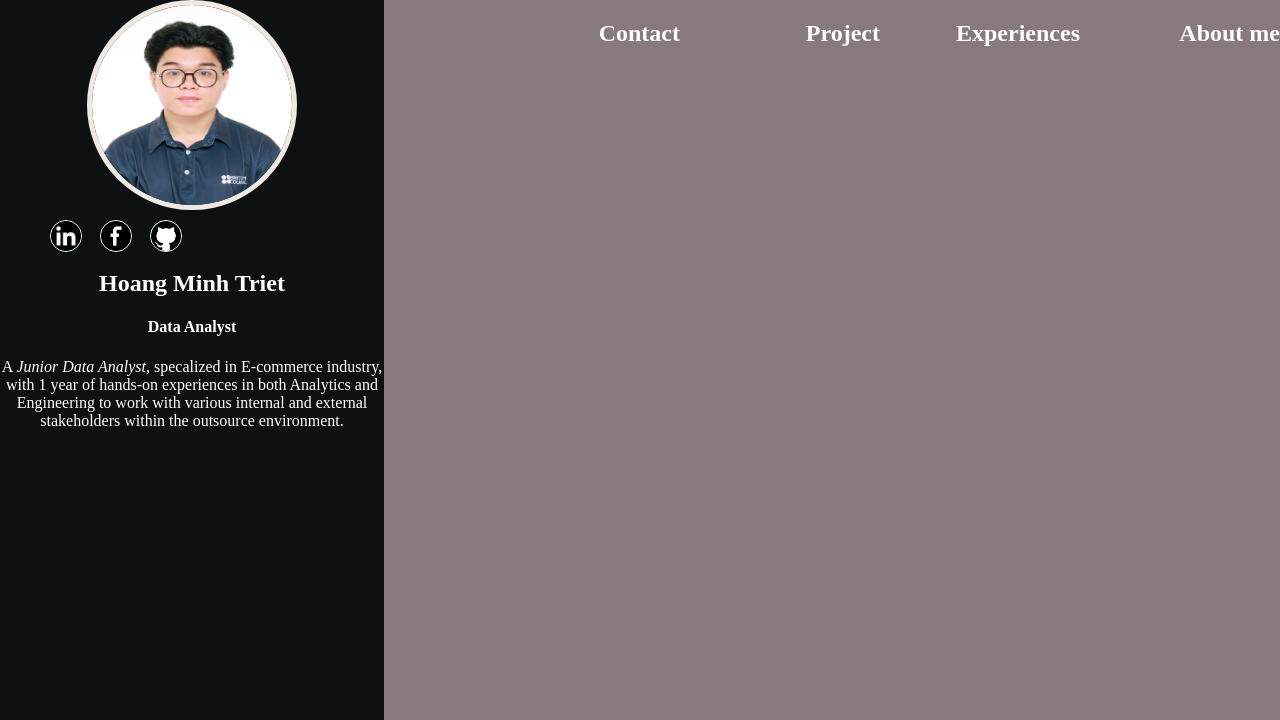
Repository: MinnTrit/personal_website
Page: http://localhost/
These files come from the project's save history. The page is drawn as it stood at one moment and after the next save; the edit follows.
The browser window is 1280 px wide. The pictures show the whole page.
The page is served by the project's application, run on Flask 3 (app.py).

Above is the page before, as saved 2025-01-28 23:44:09.

### templates/index.html
<!DOCTYPE html>
<html lang="en">
<head>
    <meta charset="UTF-8">
    <meta name="viewport" content="width=device-width, initial-scale=1.0">
    <link rel="stylesheet" href="{{ url_for('static', filename='css/styles.css') }}">
    <title>Data Engineer - Hoang Minh Triet</title>
</head>
<body>
    <div class="sections">
        <section class="aboutMe">
            <h2>About me</h2>
        </section>
        <section class="experiences">
            <h2>Experiences</h2>
        </section>
        <section class="projects">
            <h2>Project</h2>
        </section>
        <section class="contact">
            <h2>Contact</h2>
        </section>
    </div>
    <div class="picture">
        <img src="{{ url_for('static', filename='imgs/personal_image.jpg') }}" alt="personalImage">
        <div class="pictureText">
            <h2>Hoang Minh Triet</h2>
            <h4>Data Analyst</h4>
            <p>A <em>Junior Data Analyst</em>, specalized in E-commerce industry, with 1 year of hands-on experiences in both Analytics and Engineering to work with various internal and external stakeholders within the outsource environment.</p>
        </div>
        <div class="information">
            <a href="https://www.facebook.com/minhtriet05042003/" target="_blank">
                <img class="facebook" src="{{ url_for('static', filename='imgs/facebook.jpg') }}" alt="facebook">
            </a>
            <a href="https://www.linkedin.com/in/minchit0504/" target="_blank">
                <img class="linkedin" src="{{ url_for('static', filename='imgs/linkedin-logo.png') }}" alt="linkedin">
            </a>
            <a href="https://www.linkedin.com/in/minchit0504/" target="_blank">
                <img class="github" src="{{ url_for('static', filename='imgs/github.png') }}" alt="github">
            </a>
        </div>
    </div>
</body>
</html>

### app.py
from flask import Flask, request, render_template
app = Flask(__name__)
app.debug=True
#Initialize common variables
@app.route('/', methods=['GET', 'POST'])
def index():
    if request.method == 'GET':
        return render_template('index.html')

if __name__ == '__main__':
    app.run(host='0.0.0.0', port=5002, debug=True)

### static/css/styles.css
html, body {
    height: 100%;
    margin: 0;
    color: white;
}

.picture {
    background-color:#0e1111;
    width: 30%;
    height: 100%;
}

.picture img {
    display: block;
    width: 200px;
    height: 200px;
    margin-left: auto;
    margin-right: auto;
    border-radius: 50%;
    border: 5px solid;
    border-color:#efe9e2;
}

.picture .pictureText {
    margin-top: 60px;
    text-align: center;
}

.sections {
    position: absolute;
    top: 0;
    right: 0;
    background-color:#887a7a;
    width: 70%;
    height: 100%;
}

.aboutMe {
    position: absolute;
    right: 0px;
}

.experiences {
    position: absolute;
    right: 200px;
}

.projects {
    position: absolute;
    right: 400px;
}

.contact {
    position: absolute;
    right: 600px;
}

/* Locate the div information*/
.information {
    margin-right: auto;
    margin-left: auto;
}

.information .facebook {
    position: absolute;
    border-radius: 60%;
    width: 30px;
    height: 30px;
    top: 220px;
    left: 100px;
    border: 1px solid;
    border-color: white;
}

.information .linkedin {
    position: absolute;
    border-radius: 60%;
    width: 30px;
    height: 30px;
    top: 220px;
    left: 50px;
    border: 1px solid;
    border-color: white;
}

.information .github {
    position: absolute;
    border-radius: 60%;
    width: 30px;
    height: 30px;
    top: 220px;
    left: 150px;
    border: 1px solid;
    border-color: white;
}

After the next save:
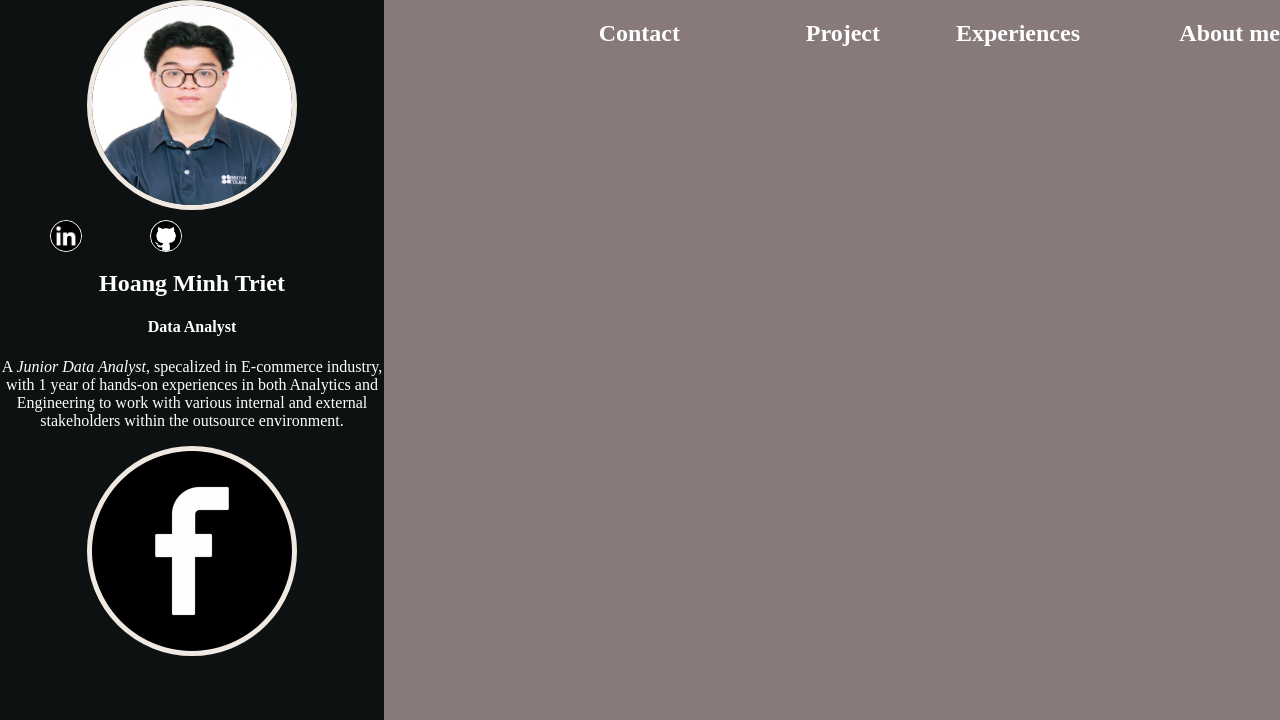
Saved 45 s later.
--- a/static/css/styles.css
+++ b/static/css/styles.css
@@ -62,14 +62,9 @@
 }
 
 .information .facebook {
-    position: absolute;
-    border-radius: 60%;
-    width: 30px;
-    height: 30px;
-    top: 220px;
-    left: 100px;
-    border: 1px solid;
-    border-color: white;
+    display: block;
+    margin-left: auto;
+    margin-right: auto;
 }
 
 .information .linkedin {

After the save that followed:
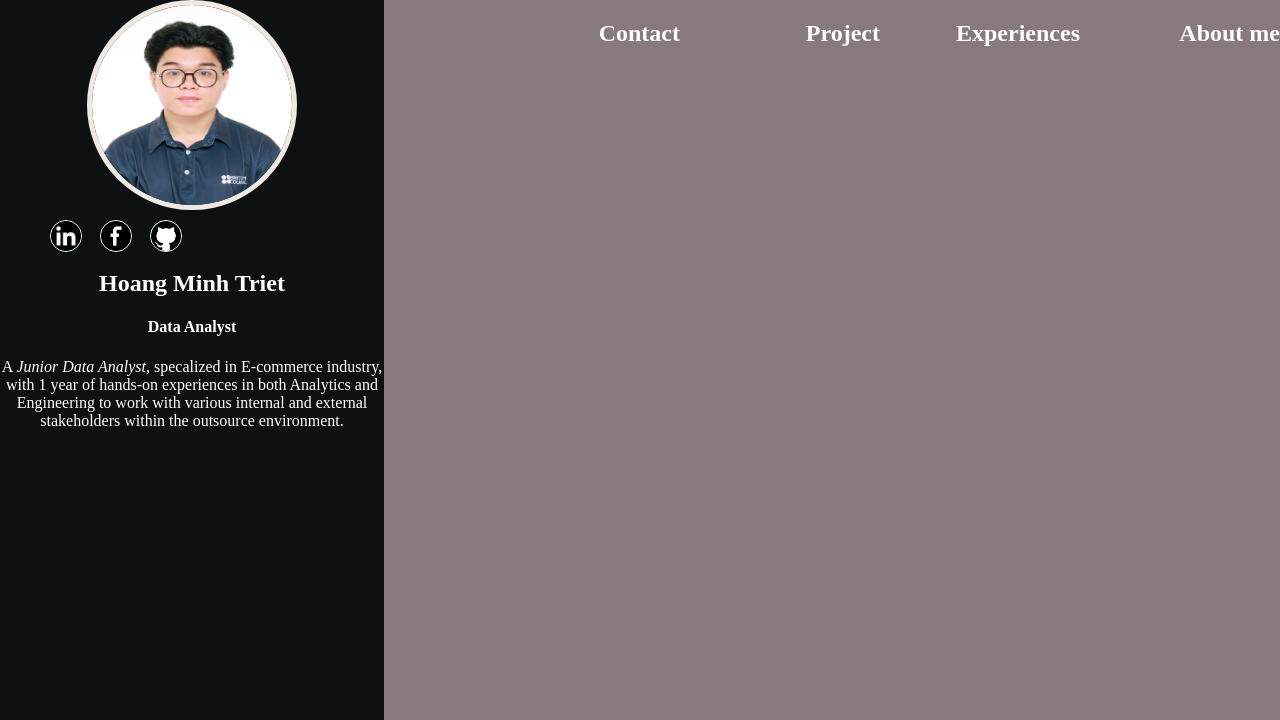
Saved 27 s later.
--- a/static/css/styles.css
+++ b/static/css/styles.css
@@ -62,9 +62,14 @@
 }
 
 .information .facebook {
-    display: block;
-    margin-left: auto;
-    margin-right: auto;
+    position: absolute;
+    border-radius: 60%;
+    width: 30px;
+    height: 30px;
+    top: 220px;
+    left: 100px;
+    border: 1px solid;
+    border-color: white;
 }
 
 .information .linkedin {
